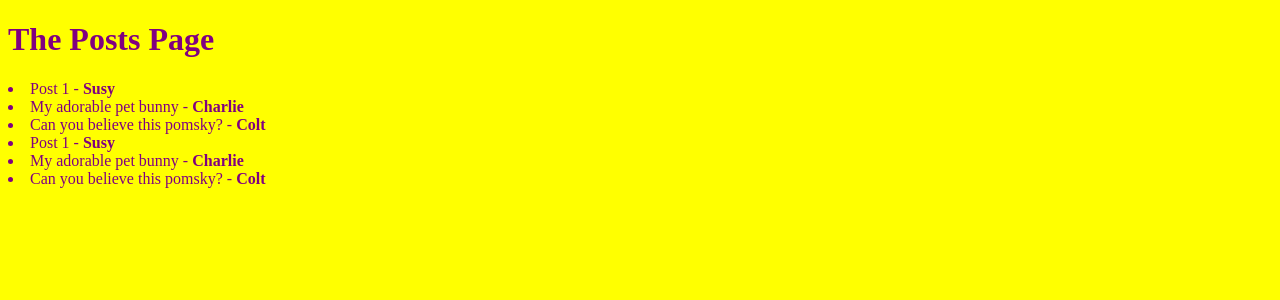
Repository: nax3t/webdevbootcamp
Page: http://localhost/posts
The author's editor kept a record of every edit. The page is drawn from the files as they stood at one moment, then again after the next edit.
The browser window is 1280 px wide. The pictures show the whole page.
The page is served by the project's Node server (MoreExpress/EJSDemo/app.js).

Above is the page before.

### MoreExpress/EJSDemo/views/posts.ejs
<% include partials/header %>

<h1>The Posts Page</h1>

<% for(var i = 0; i < posts.length; i++){ %>
 <li>
     <%= posts[i].title %> - <strong><%= posts[i].author %></strong>
 </li>
<% } %>

<% posts.forEach(function(post){ %>
 <li>
     <%= post.title %> - <strong><%= post.author %></strong>
 </li>
<% }) %>

<%= %>
<% %>

### MoreExpress/EJSDemo/views/partials/header.ejs
<!DOCTYPE html>
<html>
  <head>
    <title>Demo App</title>
    <link rel="stylesheet" type="text/css" href="/app.css">
  </head>
  <body>

### MoreExpress/EJSDemo/app.js
var express = require("express");
var app = express();

app.use(express.static("public"));

app.get("/", function(req, res){
    res.render("home.ejs");
});

app.get("/fallinlovewith/:thing", function(req, res){
  var thing = req.params.thing;
   res.render("love.ejs", {thingVar: thing});
});

app.get("/posts", function(req, res){
    var posts = [
        {title: "Post 1", author: "Susy"},
        {title: "My adorable pet bunny", author: "Charlie"},
        {title: "Can you believe this pomsky?", author: "Colt"}
    ];

    res.render("posts.ejs", {posts: posts});
})

app.listen(process.env.PORT, process.env.IP, function(){
   console.log("Server is listening!!!");
});

### MoreExpress/EJSDemo/views/partials/footer.ejs
    <p>Trademark 2015</p>
  </body>
</html>

Loaded but not shown: MoreExpress/EJSDemo/public/app.css (common file)

After the next edit:
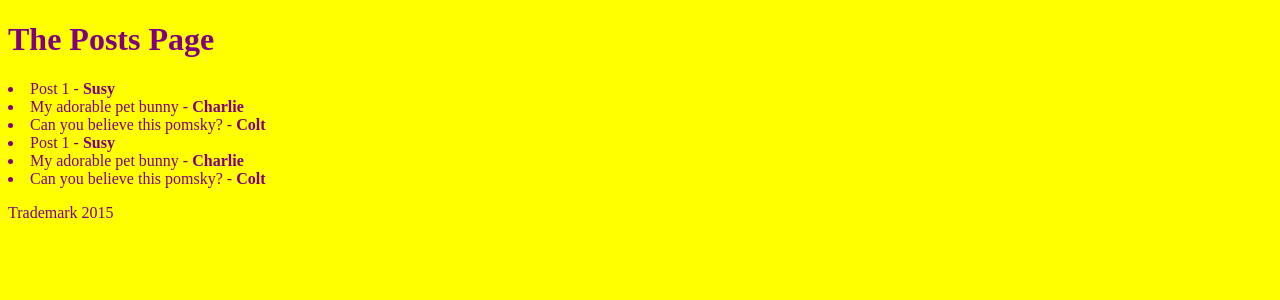
The edit:
--- a/MoreExpress/EJSDemo/views/posts.ejs
+++ b/MoreExpress/EJSDemo/views/posts.ejs
@@ -14,5 +14,4 @@
  </li>
 <% }) %>
 
-<%= %>
-<% %>
+<% include partials/footer %>
